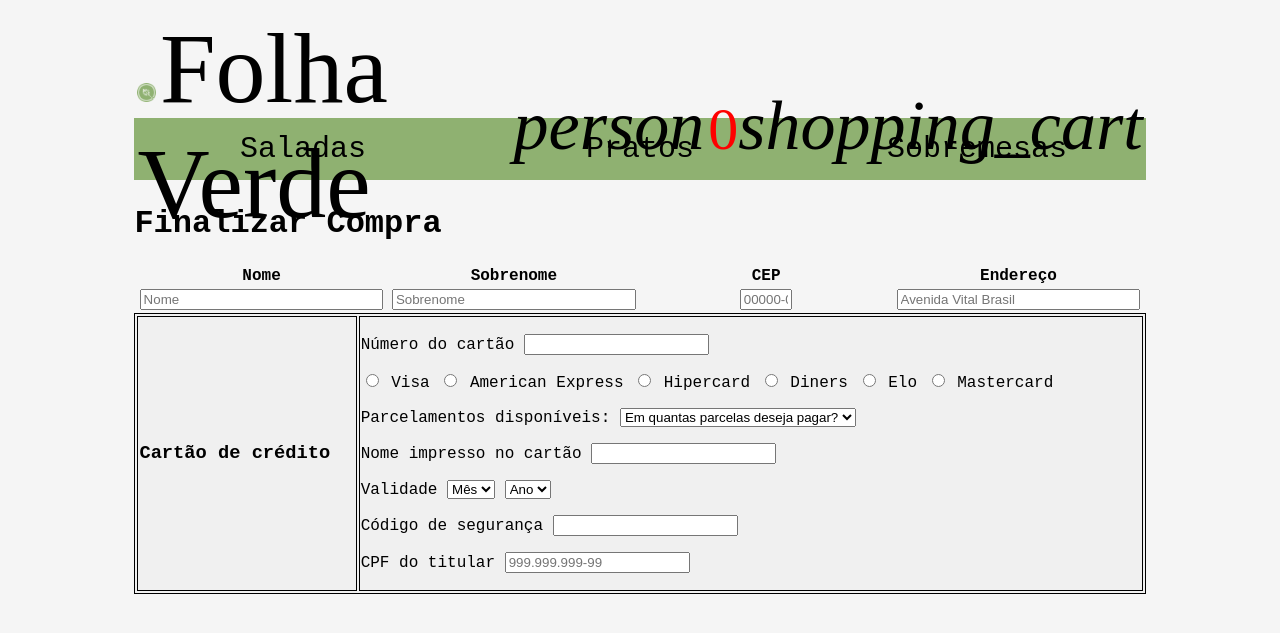
Repository: maaelphd/FolhaVerde
Page: http://localhost/FolhaVerde/Payment.jsp
These files come from the project's save history. The page is drawn as it stood at one moment and after the next save; the edit follows.
The browser window is 1280 px wide. The pictures show the whole page.
Some web fonts or font styles are not loaded; a fallback is used. The page is served by Tomcat 9.

Above is the page before, as saved 2018-06-04 02:31:21.

After the next save:
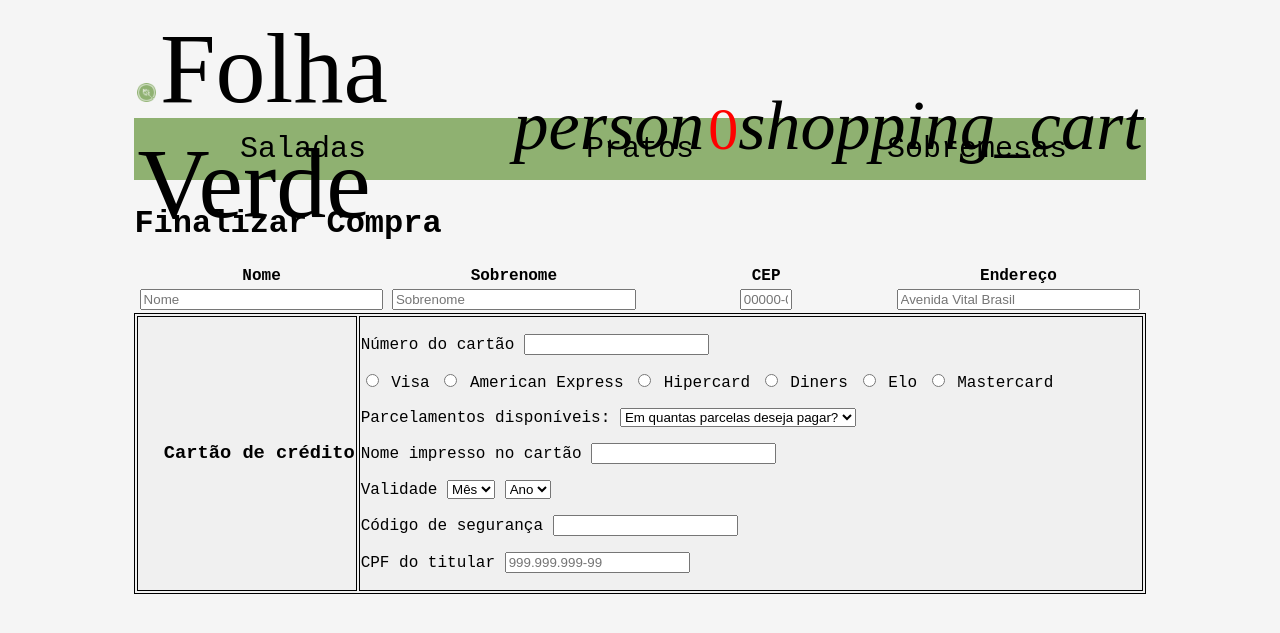
Saved 10 s later.
--- a/FolhaVerde/WebContent/CSS/Payment.css
+++ b/FolhaVerde/WebContent/CSS/Payment.css
@@ -48,10 +48,10 @@ body {
 	border: 1px solid black;
 }
 
-.PaymentsChoiceTable td {
-	text-align: left;
-}
-
 .paymenTableTitle {
 	text-align: right;
 }
+
+.paymenTableContent{
+	text-align: left;
+}
